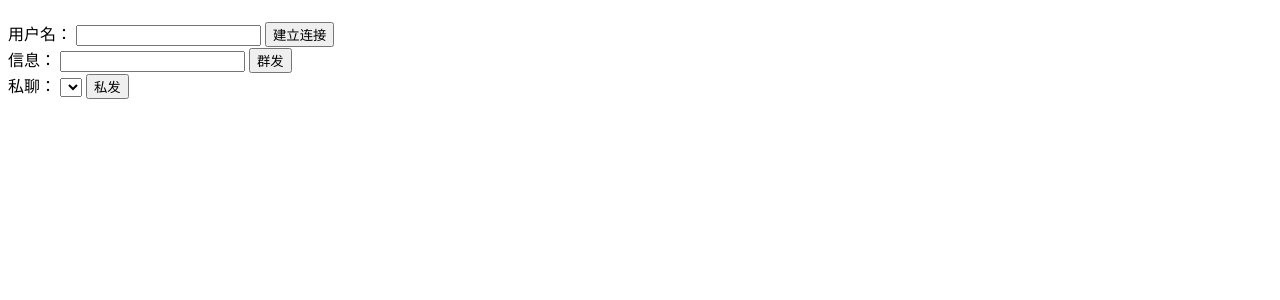
Repository: eheihaha2/whoisthespy-
Page: webDemo/WebContent/room.html
The author's editor kept a copy of each file at every save. The page is drawn from the files as they stood at one save, then again after the next save.
The browser window is 1280 px wide. The pictures show the whole page.

Above is the page before, as saved 2020-02-26 01:32:02.

After the next save:
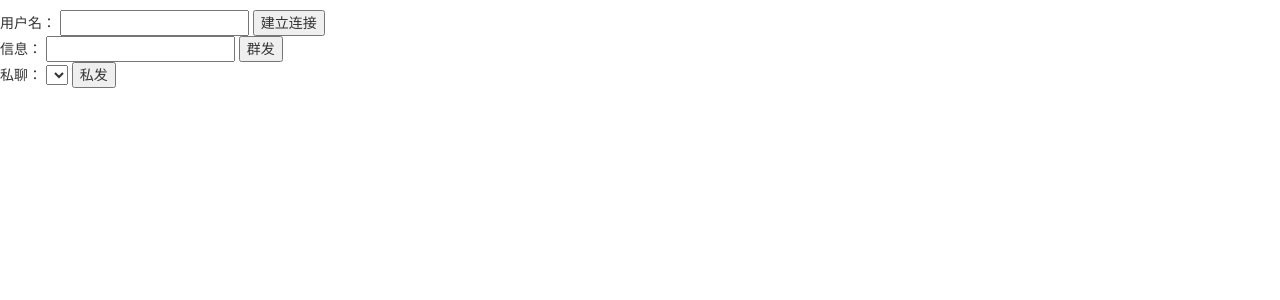
Saved 114 s later.
--- a/webDemo/WebContent/room.html
+++ b/webDemo/WebContent/room.html
@@ -2,10 +2,14 @@
 <html>
 <head>
 	<script type="text/javascript" src="js/jquery-1.11.0.min.js"></script>
+<script type="text/javascript" src="js/bootstrap.js"></script>
+<link rel="stylesheet" href="css/bootstrap.css">
 	<title></title>
 </head>
 <body>
+	<div >
       <h4 class="userinfo"></h4>
+    </div>
 	<span>用户名：</span>
       <input type="text" name="username"/>
       <button id="connBtn">建立连接</button><br />
